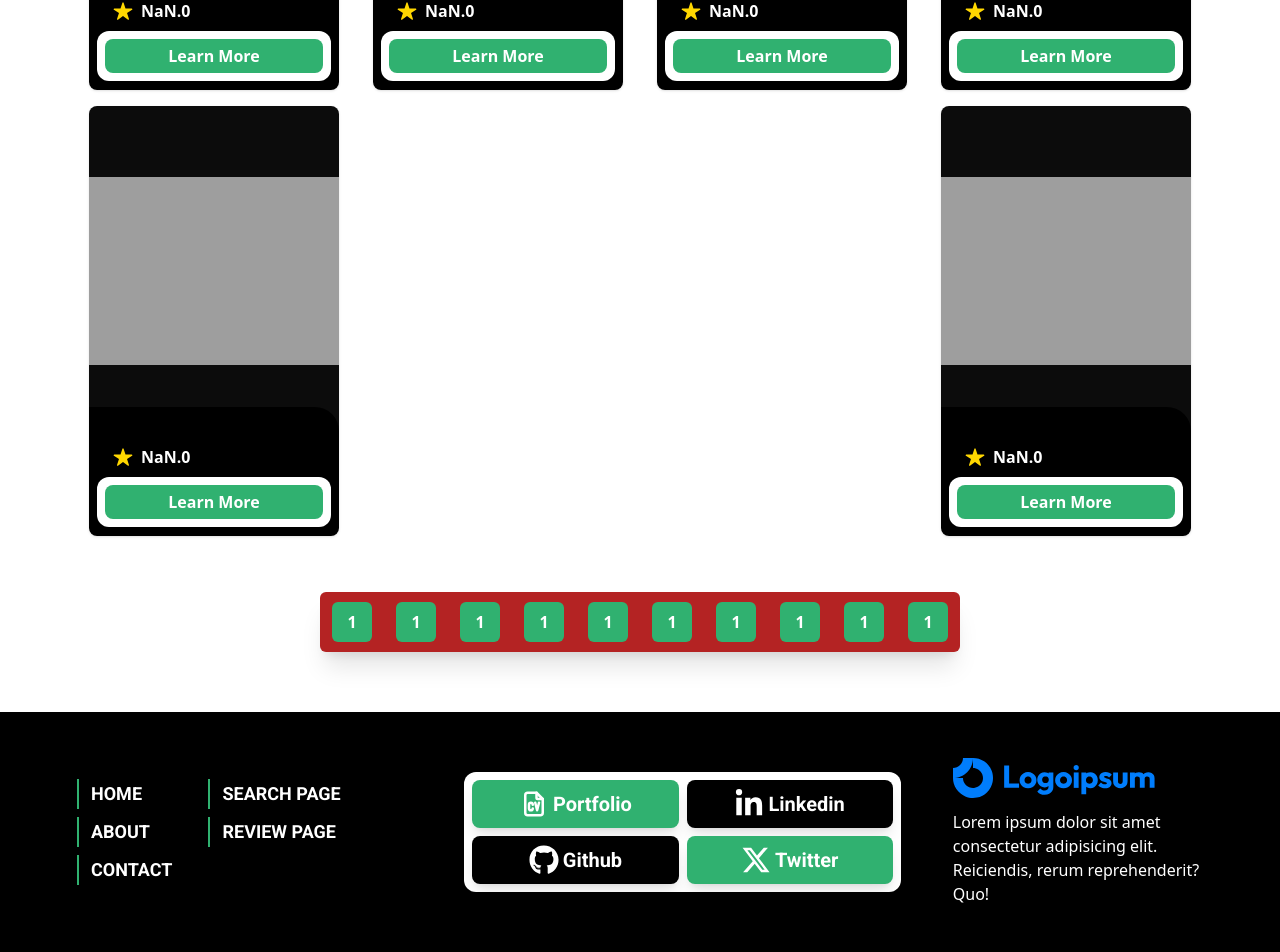
Repository: jayantatech/FrameFlick
Page: /movies
The author's editor kept a copy of each file at every save. The page is drawn from the files as they stood at one save, then again after the next save.
The browser window is 1280 px wide. The pictures show the part of the page from y = 1136 to 2088 px (the page is 2088 px tall).
Pictures or frames that could not be fetched are drawn as grey boxes. The page's requests for data from a server got no answer. The project was rebuilt for these pictures with package versions that can differ from the ones it lists, and the page was loaded fresh each time. No one was signed in, and anything a server would have sent is missing. Also part of the build but not shown: vite.config.js, src/components/header/SearchBar.jsx, src/components/sliderComponent/button.css, src/components/sliderComponent/SliderComponent.jsx, src/pages/home/comingAttractions/ComingAttractions.jsx, src/pages/home/currentFavorites/CurrentFavorites.jsx, src/pages/home/movieGenres/MovieGenres.jsx, src/components/responsiveTitle/responsiveTitle.jsx and 11 more.

Above is the page before, as saved 2024-02-13 19:12:33.

After the next save:
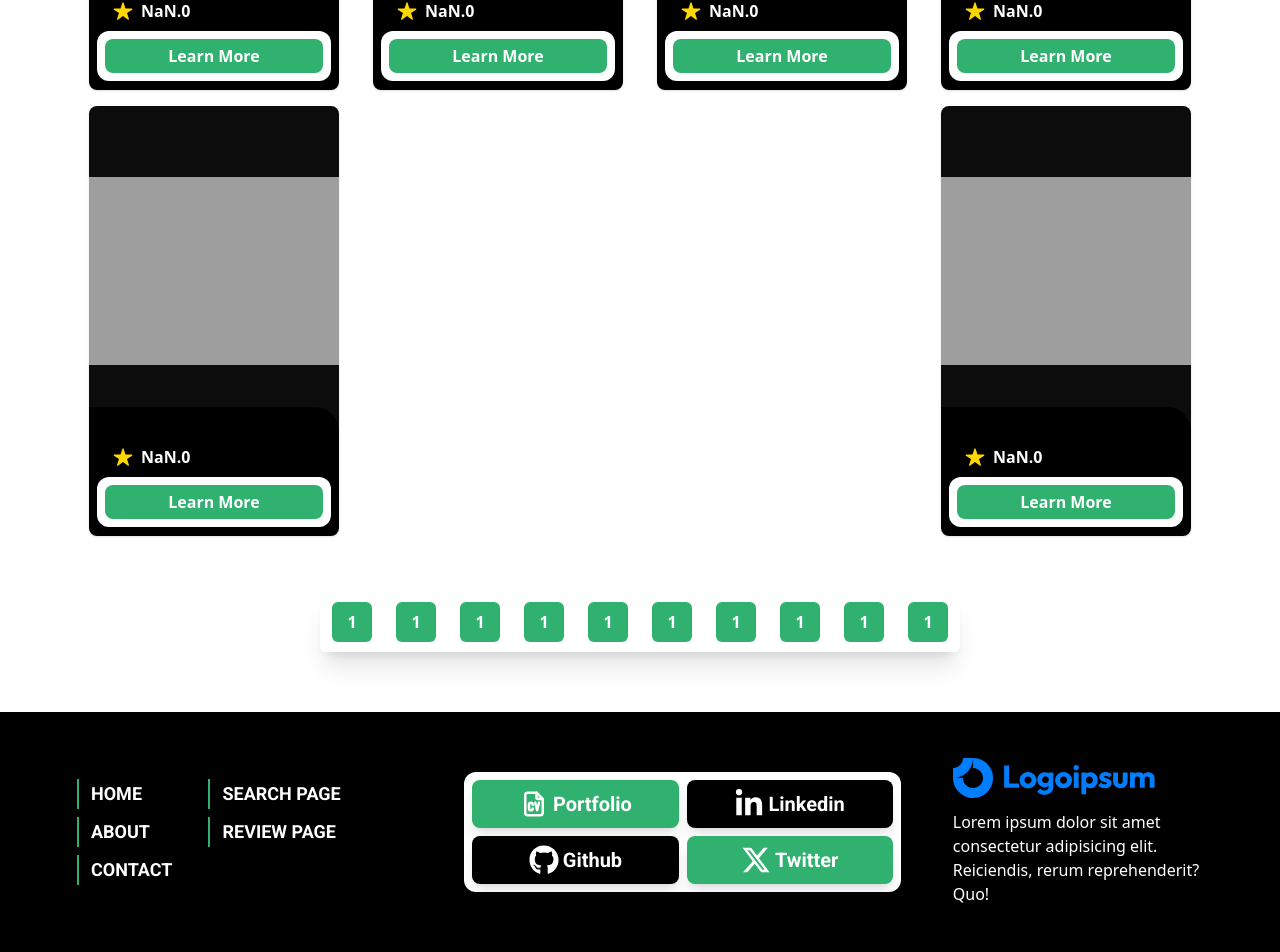
Saved 12 s later.
--- a/src/pages/moviePage/allMovies/AllMovies.jsx
+++ b/src/pages/moviePage/allMovies/AllMovies.jsx
@@ -21,7 +21,7 @@ const AllMovies = () => {
             <FilmCard />
           </div>
           <div className=" w-full h-auto flex items-center justify-center pt-8">
-            <div className=" w-fit px-3 h-[60px] bg-[#b42323] shadow-xl rounded-md flex items-center justify-center gap-6">
+            <div className=" w-fit px-3 h-[60px] bg-[#fff] shadow-xl rounded-md flex items-center justify-center gap-6">
               <div className=" w-[40px] h-[40px] bg-[#30B170] text-white rounded-md flex items-center justify-center font-semibold">
                 1
               </div>
